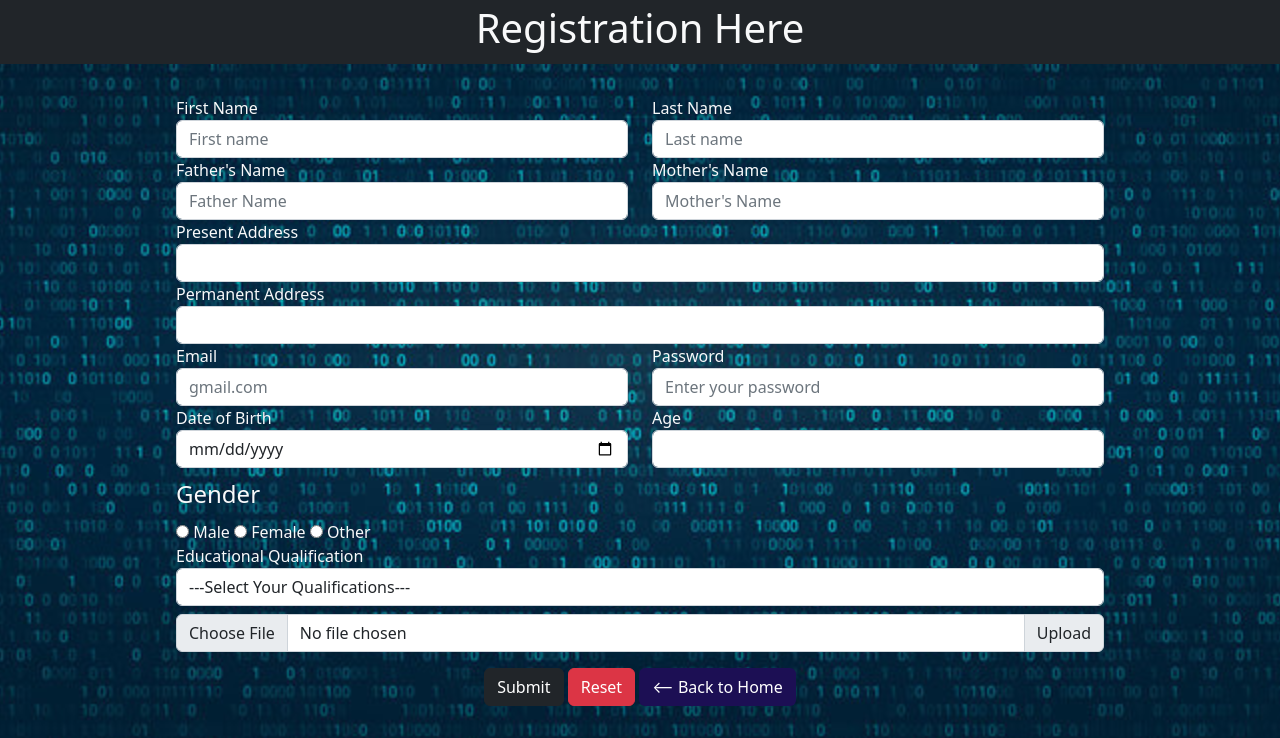
Repository: OmarFaruq97/JspServlet
Page: http://localhost/Form/pages/MainForm.jsp
An editor plug-in stored every save of this project. The page is shown before and after the next save, followed by the edit.
The browser window is 1280 px wide. The pictures show the whole page.
Backgrounds fixed to the window are drawn as part of the page. The page is served by Tomcat 9. Other server files are loaded and not shown.

Above is the page before, as saved 2025-02-07 13:06:27.

### Form/src/main/webapp/pages/MainForm.jsp
<%@ page language="java" contentType="text/html; charset=UTF-8"
    pageEncoding="UTF-8"%>

<!DOCTYPE html>
<html>
<head>
<meta charset="UTF-8">
<title>Registration Form</title>
<link href="https://cdn.jsdelivr.net/npm/bootstrap@5.2.3/dist/css/bootstrap.min.css" rel="stylesheet">
<style>
    body {
        background: url('pic.jpg') no-repeat center center fixed;
        background-size: cover;
    }
</style>
</head>
<body>

  <div class="container-fluid bg-dark text-light py-1">
      <header class="text-center">
         <h2 class="display-6">Registration Here</h2>
      </header>
  </div>

  <form action="StudentServlet" method="post">
      <input type="hidden" name="action" value="add">

      <section class="container my-3 text-light w-75 p-3 mx-auto">

        <div class="row">
            <div class="col">
                <label for="firstname">First Name</label>
                <input type="text" id="firstname" name="firstname" class="form-control" placeholder="First name">
            </div>

            <div class="col">
                <label for="lastname">Last Name</label>
                <input type="text" id="lastname" name="lastname" class="form-control" placeholder="Last name">
            </div>
        </div>

        <div class="row">
            <div class="col">
                <label for="fathername">Father's Name</label>
                <input type="text" id="fathername" name="fathername" class="form-control" placeholder="Father Name">
            </div>

            <div class="col">
                <label for="mothername">Mother's Name</label>
                <input type="text" id="mothername" name="mothernamemn" class="form-control" placeholder="Mother's Name">
            </div>
        </div>

        <label for="presentaddress">Present Address</label>
        <input type="text" id="presentaddress" name="presentaddress" class="form-control">

        <label for="permanentaddress">Permanent Address</label>
        <input type="text" id="permanentaddress" name="permanentaddress" class="form-control">

        <div class="row">
            <div class="col">
                <label for="em">Email</label>
                <input type="email" class="form-control" name="email" placeholder="gmail.com" id="em">
            </div>

            <div class="col">
                <label for="password">Password</label>
                <input type="password" id="password" name="password" class="form-control" placeholder="Enter your password">
            </div>
        </div>

        <div class="row">
            <div class="col-6">
                <label for="dateofbirth">Date of Birth</label>
                <input type="date" name="dateofbirth" id="dateofbirth" class="form-control">
            </div>

            <div class="col-6">
                <label for="age">Age</label>
                <input type="number" name="age" id="age" class="form-control">
            </div>
        </div>

        <fieldset class="mt-2">
            <legend>Gender</legend>
            <input type="radio" name="gn" value="male"> Male
            <input type="radio" name="gn" value="female"> Female
            <input type="radio" name="gn" value="other"> Other
        </fieldset>

        <label>Educational Qualification</label>
        <select name="qualification" class="form-control">
            <option value="">---Select Your Qualifications---</option>
            <option value="graduate">GRADUATE/FAZIL</option>
            <option value="hsc">HSC/DHAKHIL</option>
            <option value="ssc">SSC/ALIM</option>
        </select>

        <div class="input-group mt-2">
            <input type="file" class="form-control" id="inputGroupFile02">
            <label class="input-group-text" for="inputGroupFile02">Upload</label>
        </div>

        <div class="mt-3 text-center">
            <input type="submit" class="btn btn-dark" value="Submit">
            <input type="reset" class="btn btn-danger" value="Reset">
            <a class="btn text-white" href="/Form" style="background-color: #1c0f54;">⟵ Back to Home</a>
        </div>
      </section>
  </form>

  <script src="https://cdn.jsdelivr.net/npm/bootstrap@5.2.3/dist/js/bootstrap.bundle.min.js"></script>

</body>
</html>

After the next save:
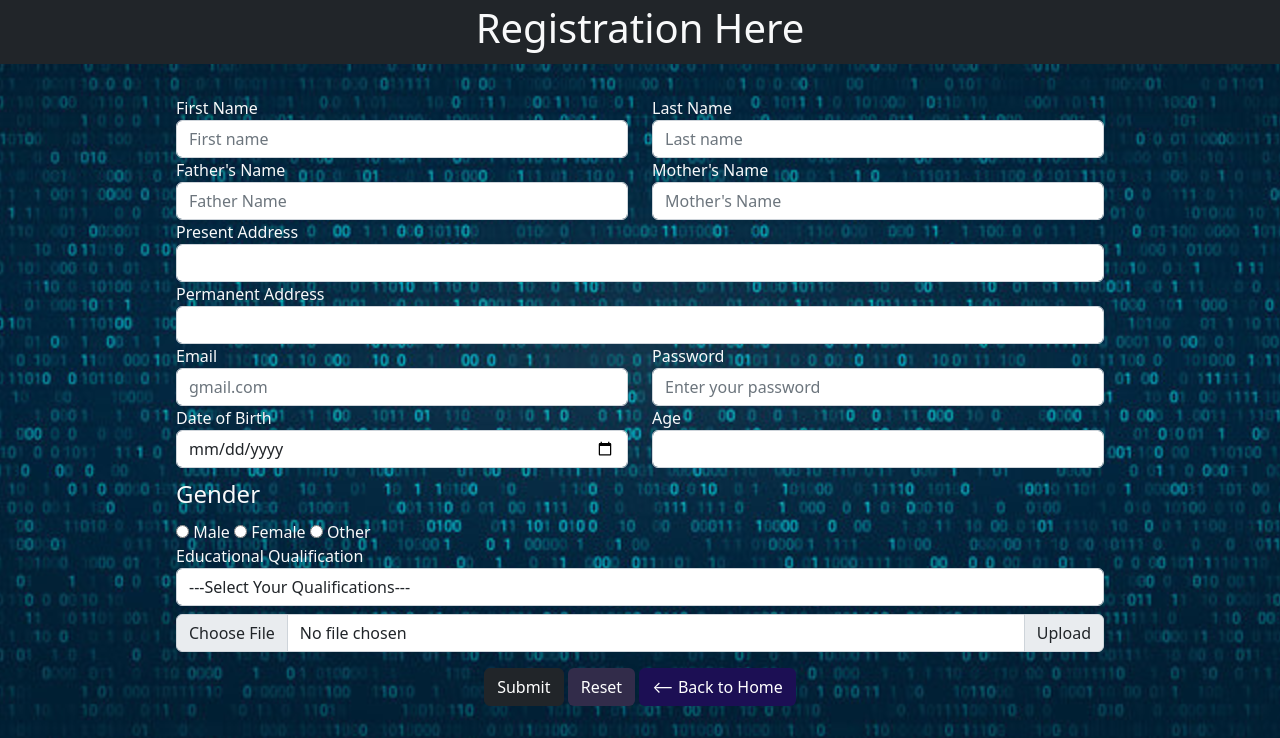
Saved 3 min 1 s later.
--- a/Form/src/main/webapp/pages/MainForm.jsp
+++ b/Form/src/main/webapp/pages/MainForm.jsp
@@ -103,7 +103,8 @@
 
         <div class="mt-3 text-center">
             <input type="submit" class="btn btn-dark" value="Submit">
-            <input type="reset" class="btn btn-danger" value="Reset">
+            <input type="reset" class="btn text-white" value="Reset" style="background-color: #322c4a;">
+
             <a class="btn text-white" href="/Form" style="background-color: #1c0f54;">⟵ Back to Home</a>
         </div>
       </section>
